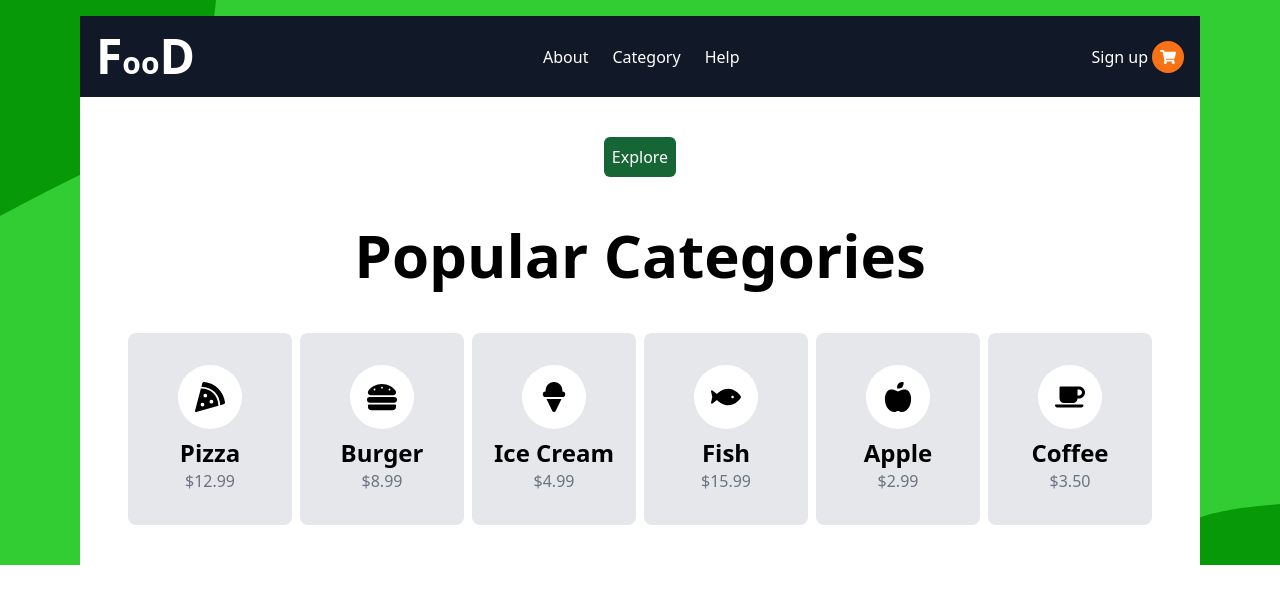
Repository: KhushiCode14/FoodWeb
Page: /category (app in frontend/)
These files come from the project's save history. The page is drawn as it stood at one moment and after the next save; the edit follows.
The browser window is 1280 px wide. The pictures show the whole page.
The project was rebuilt for these pictures with package versions that can differ from the ones it lists, and the page was loaded fresh each time. Also part of the build but not shown: frontend/src/Pages/Home.tsx, frontend/src/components/Home/SignUp.tsx, frontend/src/components/Home/SignIn.tsx, frontend/src/components/Home/Cart.tsx.

Above is the page before, as saved 2024-09-24 17:00:27.

After the next save:
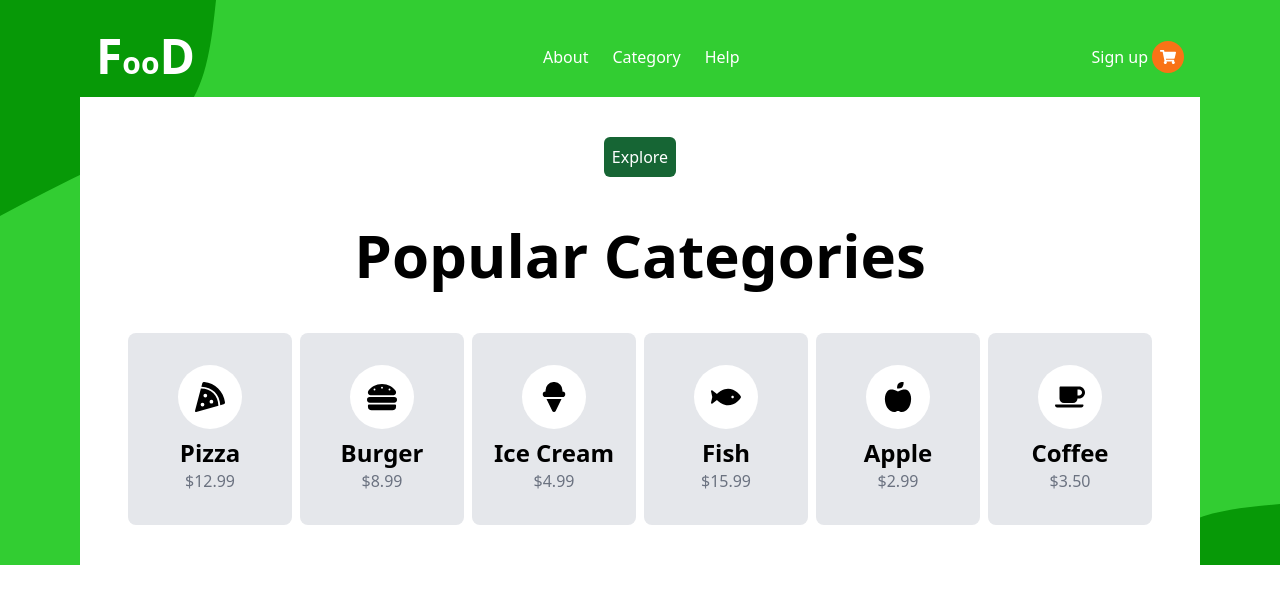
Saved 31 s later.
--- a/frontend/src/Pages/Navbar.tsx
+++ b/frontend/src/Pages/Navbar.tsx
@@ -33,7 +33,7 @@ const currentPath = window.location.pathname;
 
   return (
 
-    <div className={`mt-2 flex justify-between items-center p-4 text-white ${currentPath === "/" ? "bg-inherit" : "bg-gray-900"}`}>
+    <div className={`mt-2 flex justify-between items-center p-4 text-white ${currentPath === "/" ? "bg-inherit" : "bg-white, text-black"}`}>
       <div className="font-bold text-3xl">
         <Link to="/">
           <span className="text-5xl">F</span>oo<span className="text-5xl">D</span>
